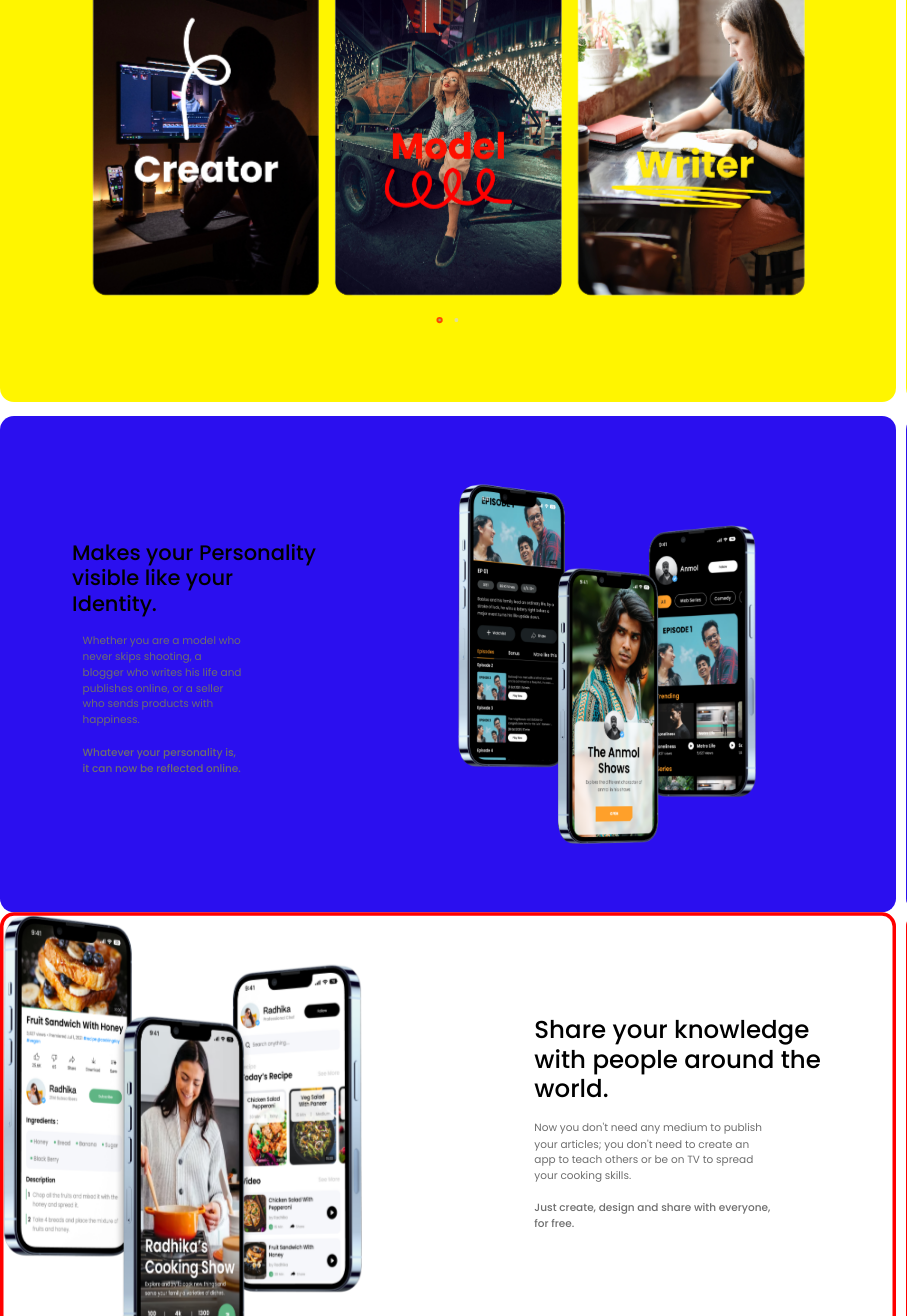
Repository: itsmesikandar/swavy.in.github.io
Page: index.html
The author's editor kept a copy of each file at every save. The page is drawn from the files as they stood at one save, then again after the next save.
The browser window is 1280 px wide. The page is 1295 px wide, so the pictures cover 1295 px, including what lies to the right of the window. The pictures show the part of the page from y = 1615 to 3495 px (the page is 4931 px tall), at 70% of full size.

Above is the page before, as saved 2023-02-23 00:21:09.
Console error: TypeError: Cannot read properties of undefined (reading 'fn')

### index.html
<!DOCTYPE html>
<html lang="en">
<head>
  <title>Swavy</title>

  <meta charset="UTF-8">
  <meta name="viewport" content="width=device-width, initial-scale=1.0">
  <meta http-equiv="X-UA-Compatible" content="ie=edge">
  <link rel="stylesheet" href="vendors/owl-carousel/css/owl.carousel.min.css">
  <link rel="stylesheet" href="vendors/owl-carousel/css/owl.theme.default.css">
  <link rel="stylesheet" href="vendors/mdi/css/materialdesignicons.min.css">
  <link rel="stylesheet" href="vendors/aos/css/aos.css">
  <link rel="stylesheet" href="css/style.min.css">
  <link rel="stylesheet" href="css/style.css">
  <link rel="stylesheet"
        href="https://cdnjs.cloudflare.com/ajax/libs/OwlCarousel2/2.3.4/assets/owl.carousel.min.css"
        integrity="sha512-tS3S5qG0BlhnQROyJXvNjeEM4UpMXHrQfTGmbQ1gKmelCxlSEBUaxhRBj/EFTzpbP4RVSrpEikbmdJobCvhE3g=="
        crossorigin="anonymous" />
  <link rel="stylesheet"
        href="https://cdnjs.cloudflare.com/ajax/libs/OwlCarousel2/2.3.4/assets/owl.theme.default.min.css"
        integrity="sha512-sMXtMNL1zRzolHYKEujM2AqCLUR9F2C4/05cdbxjjLSRvMQIciEPCQZo++nk7go3BtSuK9kfa/s+a4f4i5pLkw=="
        crossorigin="anonymous" />

</head>
<body id="body" data-spy="scroll" data-target=".navbar" data-offset="100">
  <header id="header-section">
    <nav class="navbar navbar-expand-lg pl-3 pl-sm-0 py-4" id="navbar">
    <div class="container">
      <div class="navbar-brand-wrapper d-flex ">
        <h4 style="color:rgb(253, 81, 1); font-size: 18px;">#NotJustSocialMedia</h4>
      </div>
    </div>
    </nav>
  </header>
  <div class="banner" >
    <div class="container-fluid">
      <h1 class="font-weight-semibold margin-top" id="ht">Discover<br>The Best Form Of Yourself</h1>
      <h5 class="font-weight-normal text-muted pb-3">Where humans create themselves, not Platform.</h5>
      <img src="images/hero-img.png" alt="" class="img-fluid">
    </div>
  </div>
      <div class="content-wrapper ">
        <div class="container-fluid">




          <section class="features-overview bg_color_first " id="features-section" >
            <!-- <div class="content-header">
              <h3><b>Bored seeing same profiles design?</b></h3>
              <h6 class="section-subtitle text-muted">Billions others too, What if i say<br>You can have your website as your social identity! for free.</h6>
            </div> -->

            <!-- <div class="contact-us" id="contact-section">
              <div class="container">
                <div class=" contact-upper" >
                  <div data-aos="fade-up">
                    <div class="col-12  offset-sm-3 col-sm-6 offset-sm-3 offset-lg-3 col-lg-6 offset-lg-3 ">
                      <form name="submit-to-google-sheet" id="myFormm">
                        <div class="">
                          <input type="email" placeholder="Enter your email address" />
                          <button type="submit" class="btn btn-danger r-20 font-weight-medium">Get Early Access</button>
                       </div>
                         <input type="email" name="Email" class="input-form-control r-20" id="Email" placeholder="Enter your email address">
                        <div class="pt-3">
                          <button type="submit" class="btn btn-danger r-20 font-weight-medium">Get Early Access</button>
                        </div>
                      </form>
                    </div>
                  </div>
                </div>
              </div>
            </div> -->

            <div class="content-header  ">
              <h4 class="section-subtitle color-white"><b>Where you can</b></h4>
              <h4 class="color-white"><b>Show what you are but better.</b></h4>
            </div>

            <div class="d-md-flex justify-content-between mx-5">
              <div class="grid-margin justify-content-center bg_color_white box-shadow-3d-a mx-5 px-2">
                <div class="features-width text-center py-3 pt-5">
                  <img src="images/nomore.png" width="100" height="100" alt="" class="img-icons">
                  <h5 class="py-3 font-weigh-sub">No More<br>Default Profiles</h5>
                  <p class="text-muted font-wt-p">Forget that default profile design that matches with Billions other!</p>
                </div>
              </div>
              <div class="grid-margin  justify-content-center bg_color_white box-shadow-3d-b mx-5 px-2">
                <div class="features-width text-center py-3 pt-5">
                  <img src="images/noplatform.jpg" width="100" height="100" alt="" class="img-icons">
                  <h5 class="py-3 font-weigh-sub">No Need Of<br>Different Platform</h5>
                  <p class="text-muted font-wt-p">Does platform limits you expression: some allows video, image or text only?
                  </p>
                </div>
              </div>
              <div class="grid-margin justify-content-center bg_color_white box-shadow-3d-c mx-5 px-2">
                <div class="features-width text-center py-3 pt-5">
                  <img src="images/tenent.png" width="100" height="100" alt="" class="img-icons">
                  <h5 class="py-3 font-weigh-sub">You No Need<br>To Live As Tenant</h5>
                  <p class="text-muted font-wt-p">Own your virtual identity, like you own your real life.~Web+Domain, for free.</p>
                </div>
              </div>
            </div>
          </section>


          <section class=" features-overview customer-feedback bg_color_second" id="feedback-section">
            <div class="container">
              <div class="row">
                <div class="col-12 text-center pb-5">

                  <h4 class="section-subtitle mt-5"><b>Bring Your Ideas Into Life</b></h4>

                </div>

                <div class="col-12 pa-5">
                  <div class="owl-carousel owl-theme grid-margin">
                    <div class="card customer-cards">
                      <img src="images/educator.png"  alt="" >
                    </div>
                    <div class="card customer-cards">
                      <img src="images/creator.png"  alt="" >
                    </div>
                    <div class="card customer-cards">
                      <img src="images/model.png"  alt="" >
                    </div>
                    <div class="card customer-cards">
                      <img src="images/writer.png"  alt="" >
                    </div>
                  </div>
                </div>
              </div>
            </div>

          </section>

          <section class="features-overview bg_color_third " id="features-section" >
            <div class="container">
              <div class="row">
                <div class="row align-items-center">
                  <div class="col-12 col-lg-offset-1 col-lg-6 grid-margin grid-margin-lg-0 align-left pl-5 pt-5 pb-5" data-aos="fade-right">
                    <h3 class="m-0">Makes your Personality<br>visible like your<br>Identity.</h3>
                    <div class="col-lg-7 col-xl-6 ">
                      <p class="py-4 m-0 text-muted">Whether you are a model who never skips shooting, a blogger who writes his life and publishes online, or a seller who sends products with happiness.</p>
                      <p class="font-weight-medium text-muted">Whatever your personality is, it can now be reflected online.</p>
                    </div>
                  </div>
                  <div class="col-12  col-lg-5  img-digital grid-margin grid-margin-lg-0 pr-5 pt-5 pb-5" data-aos="fade-left">
                    <div class="carousel slide" data-ride="carousel">
                      <div class="carousel-inner">
                        <div class="carousel-item active">
                          <img src="images/vlog.png" alt="" class="img-fluid d-block w-100">
                        </div>
                        <div class="carousel-item ">
                          <img src="images/show.png" alt="" class="img-fluid d-block w-100">
                        </div>
                        <div class="carousel-item ">
                          <img src="images/podcast.png" alt="" class="img-fluid d-block w-100">
                        </div>
                        <div class="carousel-item ">
                          <img src="images/sell.png" alt="" class="img-fluid d-block w-100">
                        </div>
                      </div>
                    </div>
                  </div>
                </div>
              </div>

            </div>
          </section>


      <section class="digital-marketing-service bf_color_third border-to" id="digital-marketing-section">


        <div class="row align-items-center">
          <div class="col-12 col-lg-5 text-center flex-item grid-margin" data-aos="fade-right">
            <div class="carousel slide" data-ride="carousel">
              <div class="carousel-inner">
                <div class="carousel-item active">
                  <img src="images/class.png" alt="" class="img-fluid d-block w-100">
                </div>
                <div class="carousel-item ">
                  <img src="images/radhika.png" alt="" class="img-fluid d-block w-100">
                </div>
                <div class="carousel-item ">
                  <img src="images/news.png" alt="" class="img-fluid d-block w-100">
                </div>
              </div>
            </div>
          </div>
          <div class="col-12 offset-lg-2 col-lg-5 flex-item grid-margin align-left data-aos="fade-left">
            <h2 class="m-0 ">Share your knowledge<br> with people around the world.</h2>
            <div class="col-lg-9 col-xl-8 p-0">
              <p class="py-4 m-0 text-muted">Now you don't need any medium to publish your articles; you don't need to create an app to teach others or be on TV to spread your cooking skills.</p>
              <p class="pb-2 font-weight-medium text-muted">Just create, design and share with everyone, for free.</p>
            </div>
          </div>
        </div>
      </section>



      <section class="case-studies" id="case-studies-section">
        <div class="row ">
          <div class="col-12 text-center pb-5">
            <h2><b>Be the human that exist in real world.</b></h2>
          </div>
          <div class="col-12 col-md-6 col-lg-4 stretch-card mb-3 mb-lg-3" data-aos="zoom-in">
            <div class="card customer-cards">
              <div class="card-body">
                <div class="text-center">
                  <img src="images/ticket.png" width="100" height="100" alt="" class="img-customer">
                  <div class="content-divider m-auto"></div>
                  <h6 class="card-title pt-3">Get your tickets</h6>
                  <p class="m-0 py-3 text-muted">Get onboard and experience to own yourself on Internet. Either get an invite from friend or Join the waitlist to early access.</p>
                </div>
              </div>
            </div>
          </div>
          <div class="col-12 col-md-6 col-lg-4 stretch-card mb-3 mb-lg-3" data-aos="zoom-in" data-aos-delay="200">
            <div class="card customer-cards">
              <div class="card-body">
                <div class="text-center">
                  <img src="images/create.jpg" width="100" height="100" alt="" class="img-customer">
                  <div class="content-divider m-auto"></div>
                  <h6 class="card-title pt-3">Create yourself</h6>
                  <p class="m-0 py-3 text-muted">Describe your personality, Enter your content and get yourself an identity which is as unique as you out of Billions.</p>
                </div>
              </div>
            </div>
          </div>
          <div class="col-12 col-md-6 col-lg-4 stretch-card mb-3 mb-lg-3" data-aos="zoom-in" data-aos-delay="400">
            <div class="card customer-cards">
              <div class="card-body">
                <div class="text-center">
                  <img src="images/design.jpg" width="100" height="100" alt="" class="img-customer">
                  <div class="content-divider m-auto"></div>
                  <h6 class="card-title pt-3">Design your personality</h6>
                  <p class="m-0 py-3 text-muted">Find your style in our templates curate your content and done. If not satisfy can change font/size/color/layout as your wish.</p>
                </div>
              </div>
            </div>
          </div>
          <div class="col-12 col-md-6 col-lg-4 stretch-card mb-3 mb-lg-3" data-aos="zoom-in" data-aos-delay="600">
            <div class="card customer-cards">
              <div class="card-body">
                <div class="text-center">
                  <img src="images/own.jpg" width="100" height="100" alt="" class="img-customer">
                  <div class="content-divider m-auto"></div>
                  <h6 class="card-title pt-3">Own your identity</h6>
                  <p class="m-0 py-3 text-muted">Get your online presence in your hand, link it with domain, for free* and let yourself be discovered on the Internet.</p>
                </div>
              </div>
            </div>
          </div>
          <div class="col-12 col-md-6 col-lg-4 stretch-card mb-3 mb-lg-3" data-aos="zoom-in" data-aos-delay="400">
            <div class="card customer-cards">
              <div class="card-body">
                <div class="text-center">
                  <img src="images/friends.jpg" width="100" height="100" alt="" class="img-customer">
                  <div class="content-divider m-auto"></div>
                  <h6 class="card-title pt-3">Meet your friends</h6>
                  <p class="m-0 py-3 text-muted">Where you are not just a profile but individual. Who can chat and stay in touch with your friends while being what you are and what you think.</p>
                </div>
              </div>
            </div>
          </div>
          <div class="col-12 col-md-6 col-lg-4 stretch-card mb-3 mb-lg-3" data-aos="zoom-in" data-aos-delay="600">
            <div class="card customer-cards">
              <div class="card-body">
                <div class="text-center">
                  <img src="images/goalive.png" width="100" height="100" alt="" class="img-customer">
                  <div class="content-divider m-auto"></div>
                  <h6 class="card-title pt-3">No profiles just you!</h6>
                  <p class="m-0 py-3 text-muted">Whether a writer or a model, now you have your own ground which you created - a Website. Just share with your friends and play together in the world you own.</p>
                </div>
              </div>
            </div>
          </div>
        </div>
      </section>
    </div>

    <section class="contact-us" id="contact-section">
      <div class="container">
        <div class="contact-us-bgimage grid-margin " >
          <div class="pb-4">
            <h3 class="px-3 px-md-0 m-0 fw" data-aos="fade-down">Invited Members Can Only Access!<br>Join Our Waitlist.</h3>
          </div>
          <div data-aos="fade-up">
            <div class="col-12  offset-sm-3 col-sm-6 offset-sm-3 offset-lg-4 col-lg-4 offset-lg-4 ">
              <form name="submit-to-google-sheet" id="myForm">
                <input type="email" name="Email" class="input-form-control r-20" id="Email" placeholder="Email id">
                <div class="pt-3">
                  <button type="submit" class="btn btn-danger font-weight-medium r-20">Get Early Access</button>
                </div>
              </form>
            </div>
          </div>
        </div>
      </div>
    </section>
  </div>

  <script>
       !function(){var analytics=window.analytics=window.analytics||[];if(!analytics.initialize)if(analytics.invoked)window.console&&console.error&&console.error("Segment snippet included twice.");else{analytics.invoked=!0;analytics.methods=["trackSubmit","trackClick","trackLink","trackForm","pageview","identify","reset","group","track","ready","alias","debug","page","once","off","on","addSourceMiddleware","addIntegrationMiddleware","setAnonymousId","addDestinationMiddleware"];analytics.factory=function(e){return function(){var t=Array.prototype.slice.call(arguments);t.unshift(e);analytics.push(t);return analytics}};for(var e=0;e<analytics.methods.length;e++){var key=analytics.methods[e];analytics[key]=analytics.factory(key)}analytics.load=function(key,e){var t=document.createElement("script");t.type="text/javascript";t.async=!0;t.src="https://cdn.segment.com/analytics.js/v1/" + key + "/analytics.min.js";var n=document.getElementsByTagName("script")[0];n.parentNode.insertBefore(t,n);analytics._loadOptions=e};analytics._writeKey="sy1jEkZRdvqaCf5dOWhj4yyXbsgHlnL4";;analytics.SNIPPET_VERSION="4.15.3";
        analytics.load("sy1jEkZRdvqaCf5dOWhj4yyXbsgHlnL4");
        analytics.page();
        }}();


    const scriptURL = 'https://script.google.com/macros/s/AKfycbxXpgQgQMZqhFNl4IiDehqWTr5-PkKsvUA7oIWJAg1q1VEVA7wHIRvszY07XR8cTBPduQ/exec'
    const form = document.forms['submit-to-google-sheet']
    //const formm = document.forms['submit-to-google-sheet']
    const fr = document.getElementById("myForm")
    //const frr = document.getElementById("myFormm")

    // formm.addEventListener('submit', e => {
    //   e.preventDefault()
    //   fetch(scriptURL, { method: 'POST', body: new FormData(formm)})
    //     .then(response =>
    //     frr.reset())
    //     .catch(error => console.error('Error###', error.message))
    // })

    form.addEventListener('submit', e => {
      e.preventDefault()
      fetch(scriptURL, { method: 'POST', body: new FormData(form)})
        .then(response =>
        fr.reset())
        .catch(error => console.error('Error!!!!!!', error.message))
    })

  </script>
  <script src="https://cdnjs.cloudflare.com/ajax/libs/OwlCarousel2/2.3.4/owl.carousel.min.js"
  integrity="sha512-bPs7Ae6pVvhOSiIcyUClR7/q2OAsRiovw4vAkX+zJbw3ShAeeqezq50RIIcIURq7Oa20rW2n2q+fyXBNcU9lrw=="
  crossorigin="anonymous"></script>
  <script src="vendors/jquery/jquery.min.js"></script>
  <script src="vendors/bootstrap/bootstrap.min.js"></script>
  <script src="vendors/owl-carousel/js/owl.carousel.min.js"></script>
  <script src="vendors/aos/js/aos.js"></script>
  <script src="js/landingpage.js"></script>
</body>
</html>

### js/landingpage.js
// HEADER ANIMATION
window.onscroll = function() {scrollFunction()};
var element = document.getElementById("body");
function scrollFunction() {
  if (document.body.scrollTop > 400 || document.documentElement.scrollTop > 400) {
      $(".navbar").addClass("fixed-top");
      element.classList.add("header-small");
      $("body").addClass("body-top-padding");

  } else {
      $(".navbar").removeClass("fixed-top");
      element.classList.remove("header-small");
      $("body").removeClass("body-top-padding");
  }
}

// OWL-CAROUSAL
$('.owl-carousel').owlCarousel({
    items: 3,
    loop:true,
    nav:false,
    dot:true,
    autoplay: true,
    slideTransition: 'linear',
    autoplayHoverPause: true,
    responsive:{
      0:{
          items:1
      },
      600:{
          items:2
      },
      1000:{
          items:3
      }
  }
})

// SCROLLSPY
$(document).ready(function() {
  $(".nav-link").click(function() {
      var t = $(this).attr("href");
      $("html, body").animate({
          scrollTop: $(t).offset().top - 75
      }, {
          duration: 1000,
      });
      $('body').scrollspy({ target: '.navbar',offset: $(t).offset().top });
      return false;
  });

});

// AOS
AOS.init({
    offset: 120,
    delay: 0,
    duration: 1200,
    easing: 'ease',
    once: true,
    mirror: false,
    anchorPlacement: 'top-bottom',
    disable: "mobile"
  });

//SIDEBAR-OPEN
  $('#navbarSupportedContent').on('hidden.bs.collapse', function () {
    $("body").removeClass("sidebar-open");
  })

  $('#navbarSupportedContent').on('shown.bs.collapse', function () {
    $("body").addClass("sidebar-open");
  })


  window.onresize = function() {
    var w = window.innerWidth;
    if(w>=992) {
      $('body').removeClass('sidebar-open');
      $('#navbarSupportedContent').removeClass('show');
    }
  }

Loaded but not shown: vendors/owl-carousel/css/owl.carousel.min.css (library); vendors/owl-carousel/css/owl.theme.default.css (common file); vendors/mdi/css/materialdesignicons.min.css (library); vendors/aos/css/aos.css (library); css/style.min.css (library); css/style.css (library); vendors/jquery/jquery.min.js (library); vendors/bootstrap/bootstrap.min.js (library); vendors/owl-carousel/js/owl.carousel.min.js (library); vendors/aos/js/aos.js (library)

After the next save:
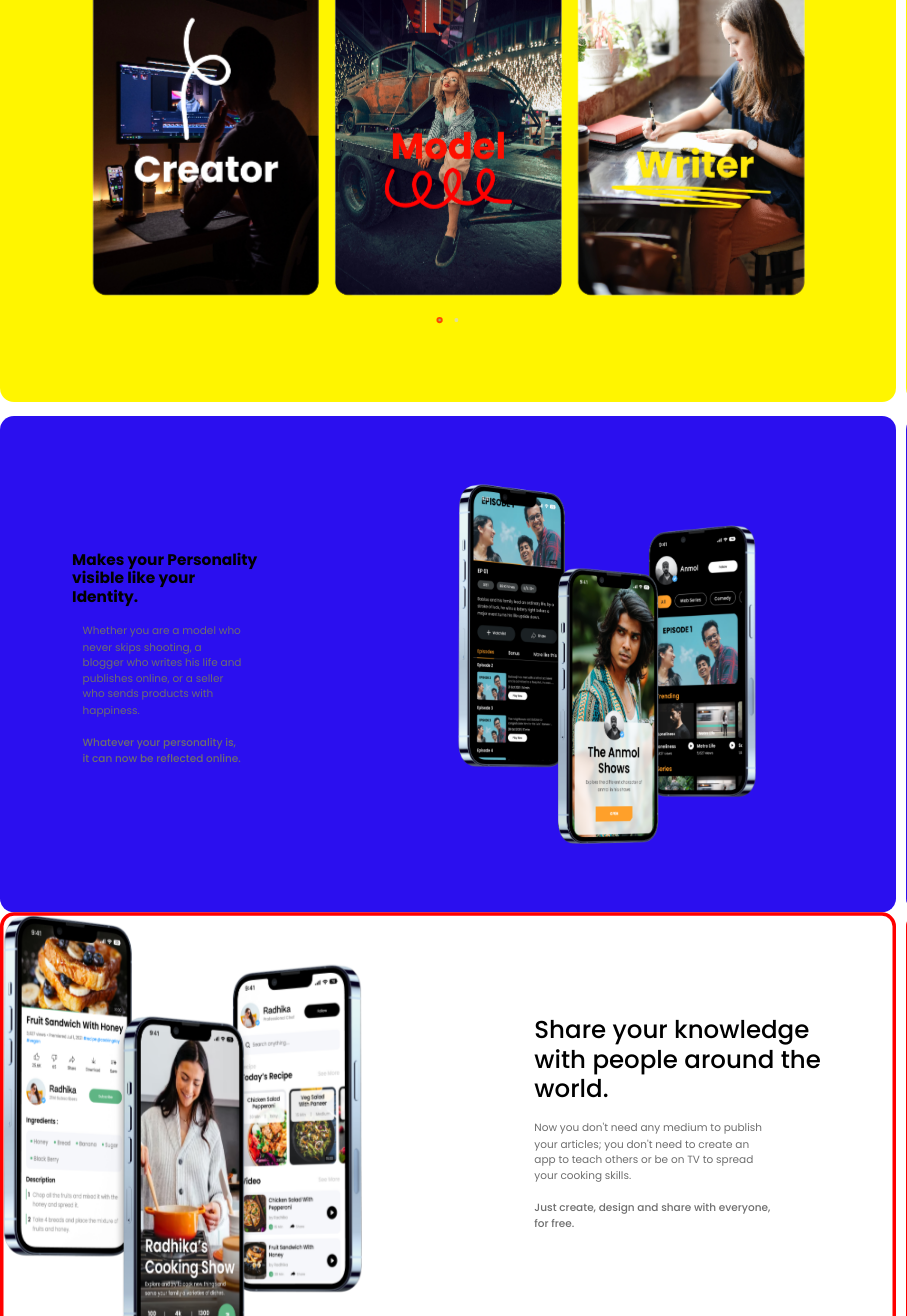
Saved 10 s later.
--- a/index.html
+++ b/index.html
@@ -139,7 +139,7 @@
               <div class="row">
                 <div class="row align-items-center">
                   <div class="col-12 col-lg-offset-1 col-lg-6 grid-margin grid-margin-lg-0 align-left pl-5 pt-5 pb-5" data-aos="fade-right">
-                    <h3 class="m-0">Makes your Personality<br>visible like your<br>Identity.</h3>
+                    <h3 class="m-0 font-wt-h3">Makes your Personality<br>visible like your<br>Identity.</h3>
                     <div class="col-lg-7 col-xl-6 ">
                       <p class="py-4 m-0 text-muted">Whether you are a model who never skips shooting, a blogger who writes his life and publishes online, or a seller who sends products with happiness.</p>
                       <p class="font-weight-medium text-muted">Whatever your personality is, it can now be reflected online.</p>
